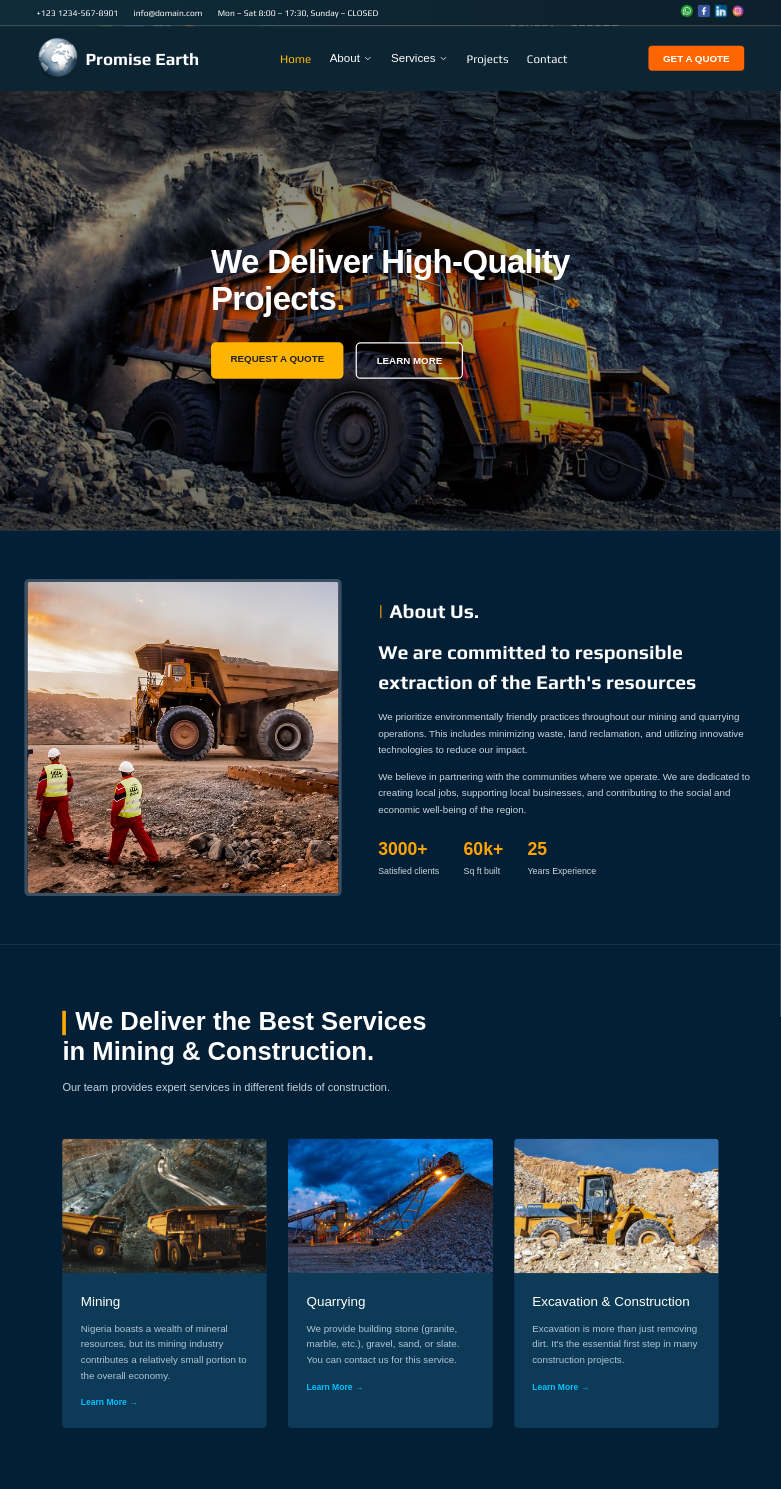
Repository: KC-Minchakpu/promise-earth
Page: /
These files come from the project's save history. The page is drawn as it stood at one moment and after the next save; the edit follows.
The browser window is 1280 px wide. The pictures show the whole page, at 61% of full size.
The project was rebuilt for these pictures with package versions that can differ from the ones it lists, and the page was loaded fresh each time. The framework's server and built-in components were replaced by stand-ins that run in the browser. Also part of the build but not shown: next.config.ts.

Above is the page before, as saved 2026-02-26 16:20:23.

After the next save:
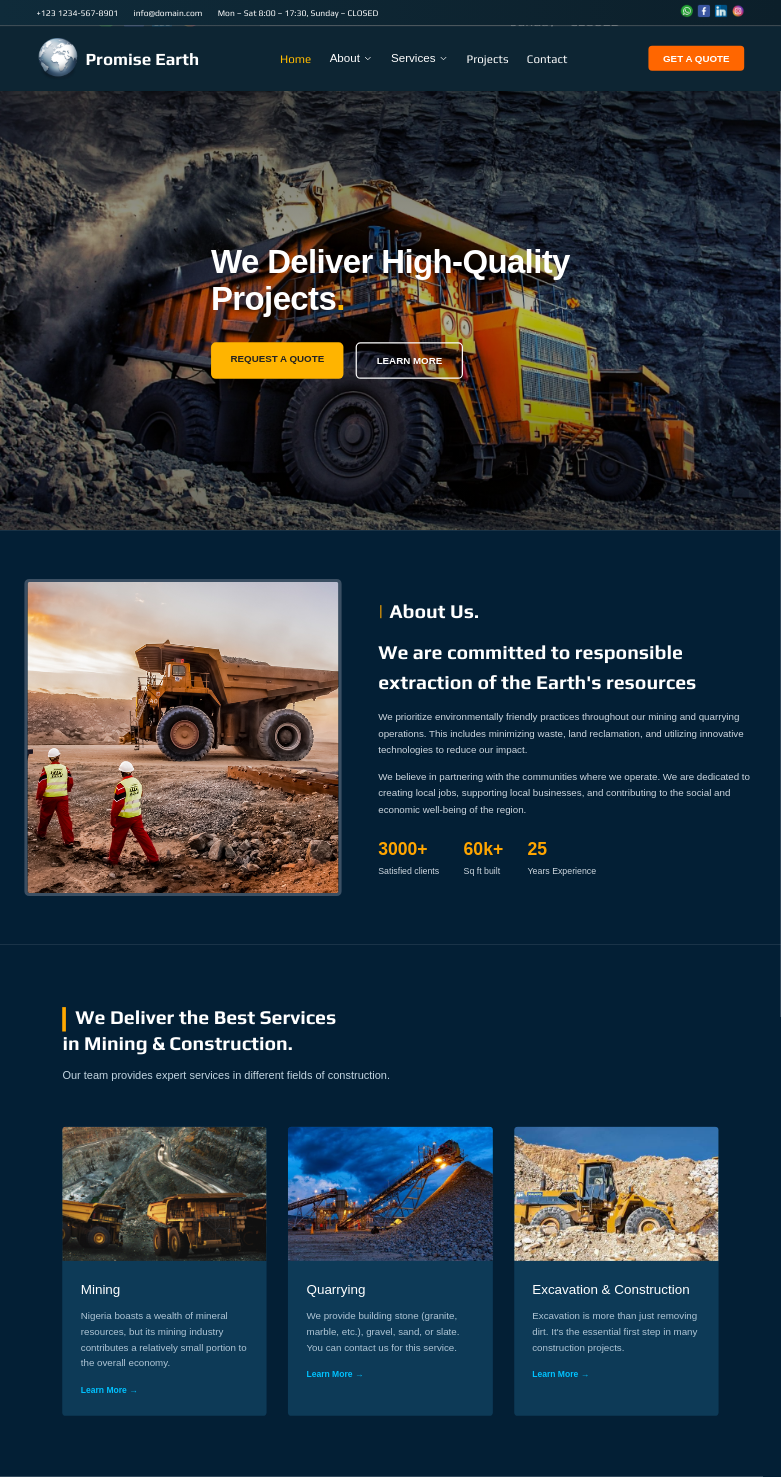
Saved 47 s later.
--- a/src/components/Services/ServicesSection.module.css
+++ b/src/components/Services/ServicesSection.module.css
@@ -17,8 +17,9 @@
 }
 
 .header h2 {
-  font-size: 42px;
+  font-size: 2rem;
   font-weight: 700;
+  font-family: "Play", sans-serif;
   line-height: 1.2;
   position: relative;
 }
